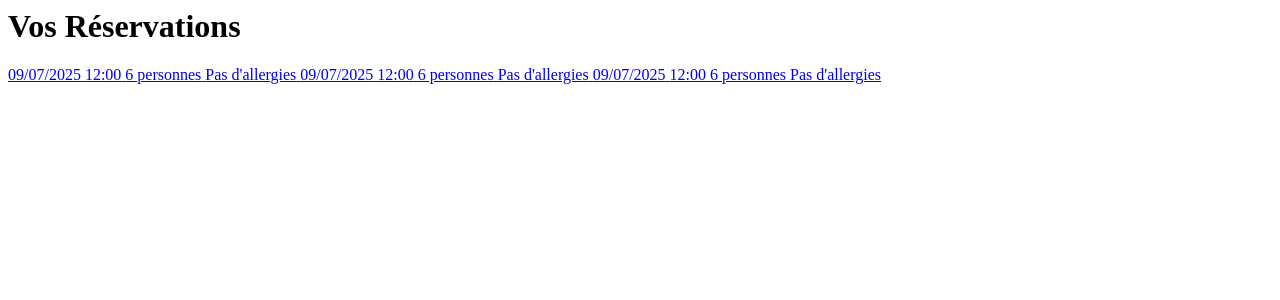
Repository: lemonhao9/QuaiAntiqueRestaurantFront
Page: pages/reservations/allResa.html
The author's editor kept a copy of each file at every save. The page is drawn from the files as they stood at one save, then again after the next save.
The browser window is 1280 px wide. The pictures show the whole page.

Above is the page before, as saved 2025-01-24 15:20:10.

After the next save:
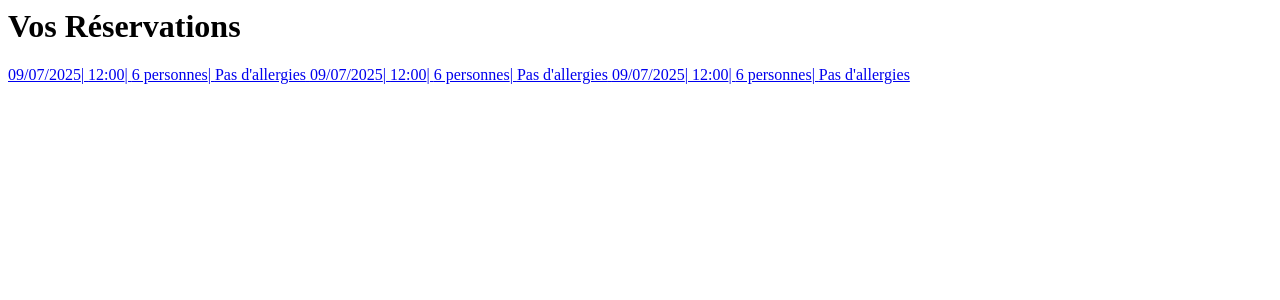
Saved 73 s later.
--- a/pages/reservations/allResa.html
+++ b/pages/reservations/allResa.html
@@ -6,21 +6,21 @@
 
 <div class="container text-center allreservations">
     <a href="#">
-        <span>09/07/2025</span>
-        <span>12:00</span>
-        <span>6 personnes</span>
+        <span>09/07/2025</span>|
+        <span>12:00</span>|
+        <span>6 personnes</span>|
         <span>Pas d'allergies</span>
     </a>
     <a href="#">
-        <span>09/07/2025</span>
-        <span>12:00</span>
-        <span>6 personnes</span>
+        <span>09/07/2025</span>|
+        <span>12:00</span>|
+        <span>6 personnes</span>|
         <span>Pas d'allergies</span>
     </a>
     <a href="#">
-        <span>09/07/2025</span>
-        <span>12:00</span>
-        <span>6 personnes</span>
+        <span>09/07/2025</span>|
+        <span>12:00</span>|
+        <span>6 personnes</span>|
         <span>Pas d'allergies</span>
     </a>
 </div>
